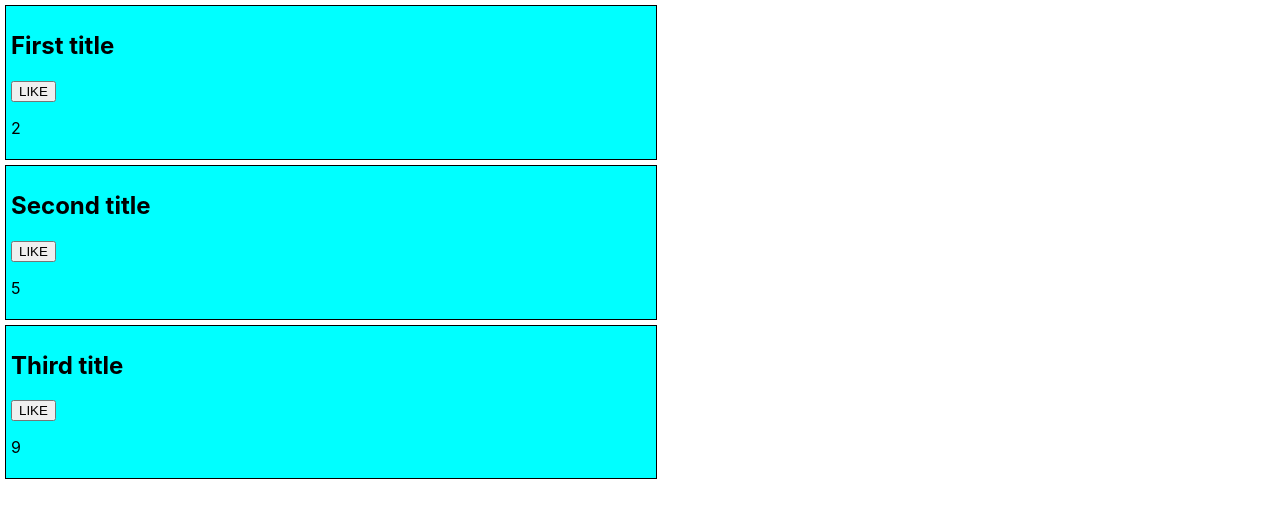
Repository: asapvtec98/egzamin
Page: /
An editor plug-in stored every save of this project. The page is shown before and after a run of saves, followed by the edit.
The browser window is 1280 px wide. The pictures show the whole page.
The project was rebuilt for these pictures with package versions that can differ from the ones it lists, and the page was loaded fresh each time.

Above is the page before, as saved 2023-11-14 09:41:55.

### src/App.js
import React from "react";
import Komentarz from "./components/Comment";
function App() {
  const comments = [
    {
      title: "First title",
      likes: 2
    },
    {
      title: "Second title",
      likes: 5
    },
    {
      title: "Third title",
      likes: 9
    }
  ]

  const displayComments = comments.map((comment) =>
      <div className="Comment">
        <Komentarz title={comment.title} likes={comment.likes}></Komentarz>
      </div>
  )

  return (
    <div className="App">
        {displayComments}
    </div>
  )
}

export default App;

### src/components/Comment.js
import React, { useState } from "react";
import "./Comment.css";

function Komentarz(props) {
    const [likes, setLike] = useState(false);
    const [count, setCount] = useState(parseInt(props.likes));
    const [show, setShow] = useState(true);

    const handleLikes = () => {
        if(!likes) {
            setLike(true);
            setCount(count + 1);
        } else {
            setLike(false);
            setCount(count - 1);
        }


    };

    return(
        <div className="comment">
            <h2>{props.title}</h2>
            <div >
                <button className="inline" type="button" onClick={() => {
                    setShow(!show)
                    handleLikes();
                }}>{show === true ? 'LIKE' : 'DISLIKE'}</button>
                <p className="inline">{count}</p>
            </div>
        </div>
    )

}
export default Komentarz;

### src/components/Comment.css
.comment {
    border: 1px solid black;
    background-color:aqua;
    width: 50%;
    padding: 5px;
    margin: 5px;
}

.inline {
    display: flexbox;
    justify-content: space-between;
    align-items: center;
}

Loaded but not shown: public/index.html (common file); src/index.js (common file); src/index.css (common file); src/reportWebVitals.js (common file)

After the next 3 saves:
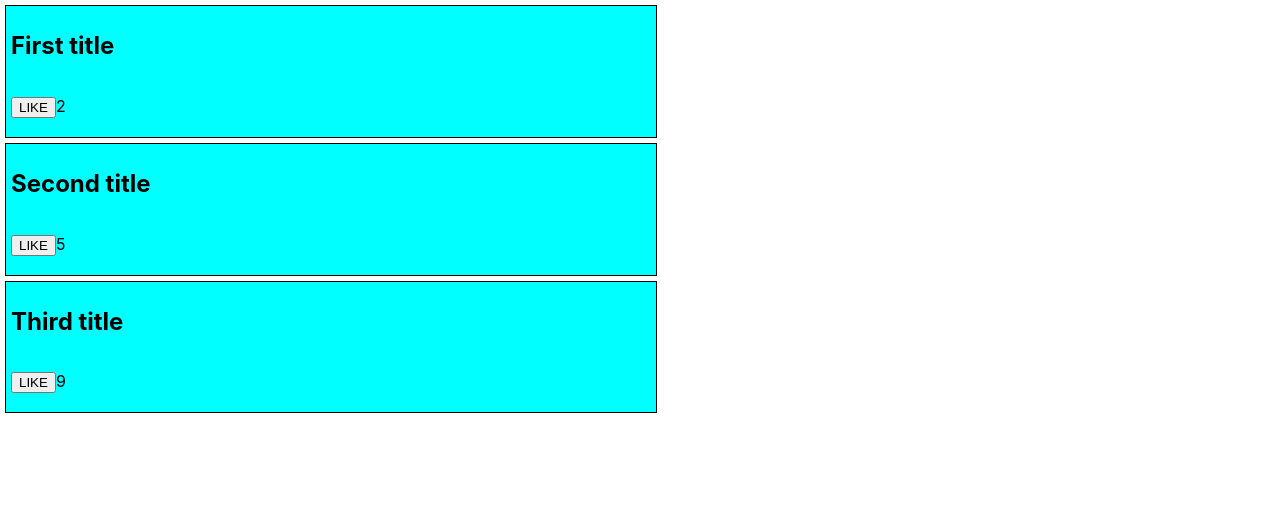
The 3 saves are shown as one change because they came seconds apart.
The last was saved 14 s later.
--- a/src/components/Comment.css
+++ b/src/components/Comment.css
@@ -7,7 +7,7 @@
 }
 
 .inline {
-    display: flexbox;
+    display: inline-block;
     justify-content: space-between;
     align-items: center;
 }

After the 3 saves that followed:
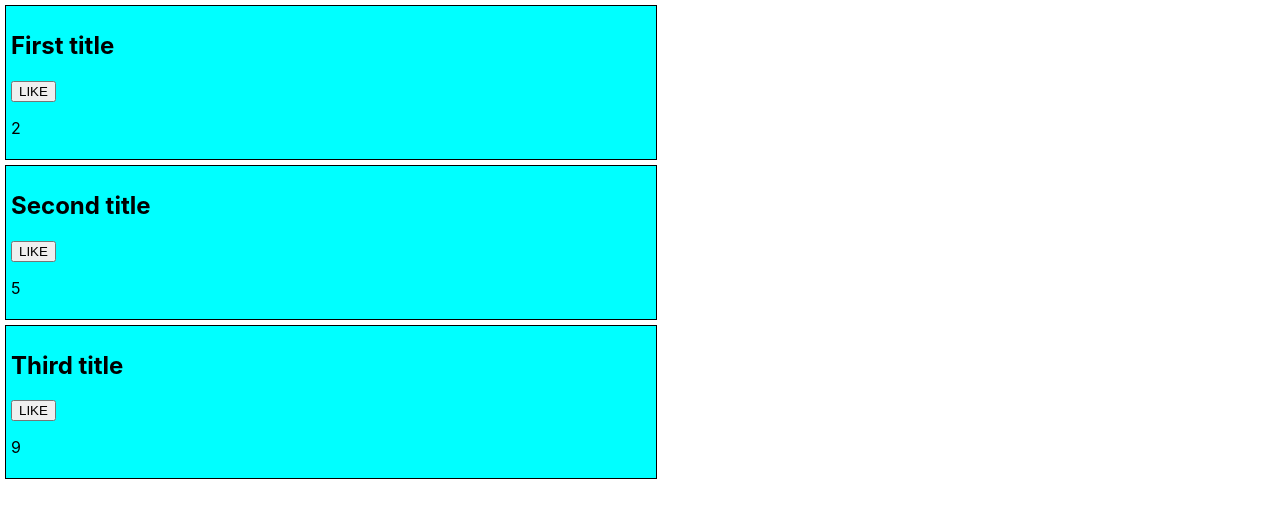
The 3 saves are shown as one change because 1 left the picture as it was and some came seconds apart.
The last was saved 13 s later.
--- a/src/components/Comment.css
+++ b/src/components/Comment.css
@@ -7,7 +7,7 @@
 }
 
 .inline {
-    display: inline-block;
+    display: inline-flexbox;
     justify-content: space-between;
     align-items: center;
 }
